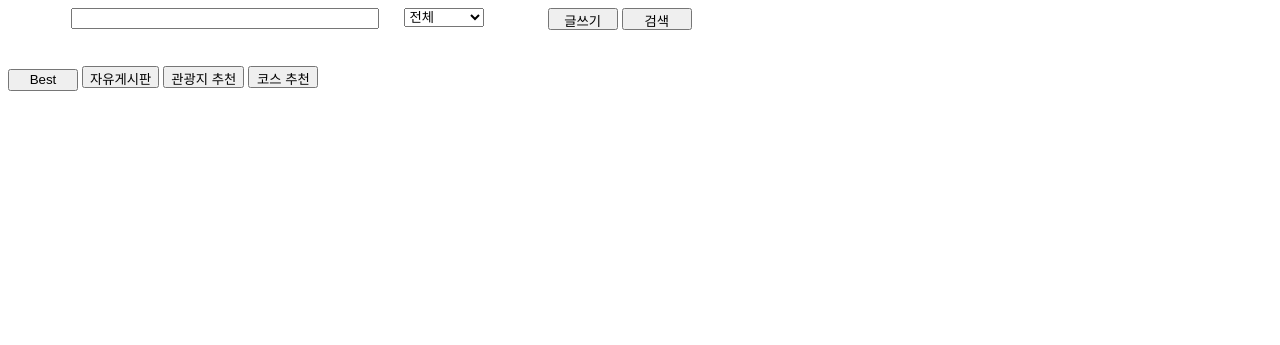
Repository: HJCroCat/project4
Page: http://localhost/koravle/boardMain.jsp
An editor plug-in stored every save of this project. The page is shown before and after the next save, followed by the edit.
The browser window is 1280 px wide. The pictures show the whole page.
The page is served by Tomcat 9. Nobody is signed in. The application's start-up code is not run.

Above is the page before, as saved 2021-12-10 10:02:27.

After the next save:
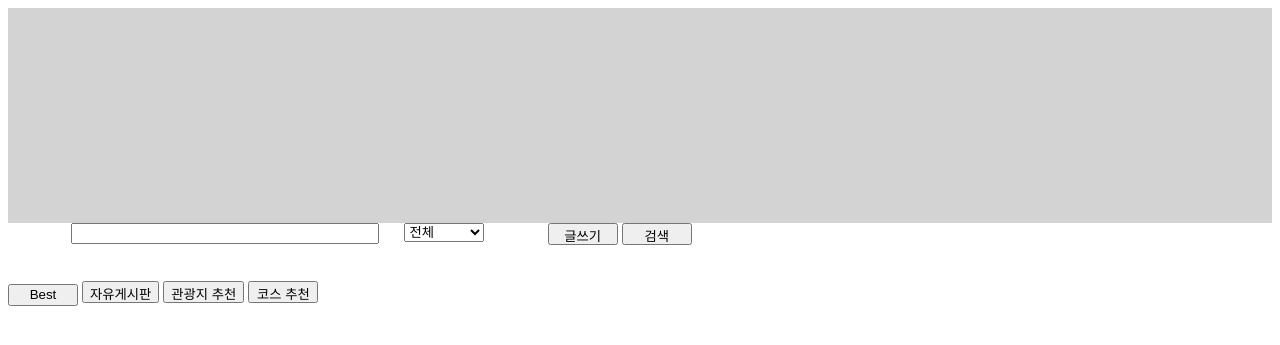
Saved 96 s later.
--- a/koravle/koravle/src/main/webapp/resources/style/stylecss.css
+++ b/koravle/koravle/src/main/webapp/resources/style/stylecss.css
@@ -1,3 +1,14 @@
+header{
+	background: lightgray;
+	height: 215px;
+}
+
+
+
+
+
+
+
 .boardHeader{
 	height:80px;
 }
